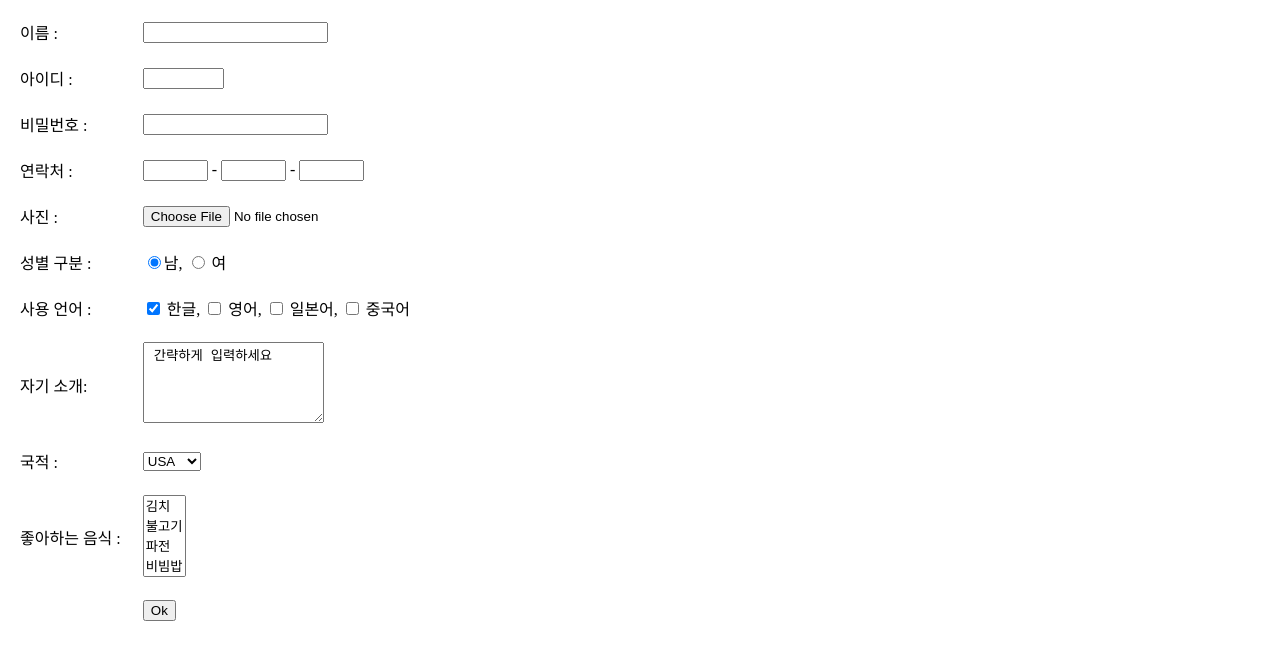
Repository: bjKim2/JSP
Page: HTML/src/main/webapp/Ex03.html
The author's editor kept a copy of each file at every save. The page is drawn from the files as they stood at one save, then again after the next save.
The browser window is 1280 px wide. The pictures show the whole page.

Above is the page before, as saved 2022-03-15 05:42:01.

### HTML/src/main/webapp/Ex03.html
<!DOCTYPE html>
<html>
<head>
<meta charset="UTF-8">
<title>Insert title here</title>
</head>
<body>
	<form action = '#' method='get'>
		<table cellpadding = '10'>
			<tr>
				<td>
					이름 :
				</td>
				<td>
					<input type="text" name = "userName"  >
				</td>
			</tr>
			<tr>
				<td>
					아이디 :
				</td>
				<td>
					 <input type="text" name = "userId"  size = '7'>
				</td>
			</tr>
			<tr>
				<td>
					비밀번호 :
				</td>
				<td>
					<input type="password" name="userPassword">
				</td>
			</tr>
			<tr>
				<td>
					연락처 :
				</td>
				<td>
					<input type="text" name = "phone1_1"  size = "5"> -
					<input type="text" name = "phone1_2"  size = "5"> -
					<input type="text" name = "phone1_3"  size = "5">
				</td>
			</tr>
			<tr>
				<td>
					사진 :
				</td>
				<td>
					<input type="file" name = "picture"> <br>
				</td>
			</tr>
			<tr>
				<td>
					성별 구분 :
				</td>
				<td>
					<input type="radio" name = "gender" value = "man" checked = "checked">남,
					<input type="radio" name="gender" value="woman"> 여
				</td>
			</tr>
			<tr>
				<td>
					사용 언어 :
				</td>
				<td>
					<input type="checkbox" name="lang" value="kor" checked="checked"> 한글,
					<input type="checkbox" name="lang" value="eng" > 영어,
					<input type="checkbox" name="lang" value="jpn" > 일본어,
					<input type="checkbox" name="lang" value="chn" > 중국어
				</td>
			</tr>
			<tr>
				<td>
					자기 소개:
				</td>
				<td>
					<textarea rows="5" cols="20" name="introduce"> 간략하게 입력하세요 </textarea>
				</td>
			</tr>
			<tr>
				<td>
					<!-- 데이터베이스는 varchar 말고 text 타입은 무한정 문자가 들어올수있다.  -->
					국적 :
				</td>
				<td>
					<select name="nationality">
						<option> Korea</option>
						<option selected="selected"> USA</option>
						<option> JP</option>
						<option> CH</option>
					</select>
				</td>
			</tr>
			<tr>
				<td>
					좋아하는 음식 :
				</td>
				<td>
					<select name="food" multiple="multiple">
						<option>김치</option>
						<option>불고기</option>
						<option>파전</option>
						<option>비빔밥</option>
						<option>냉면</option>
						<option>순대</option>

					</select><br>
				</td>
			</tr>
			<tr>
				<td>
				</td>
				<td>
					<input type="submit" name = "okBtn" value = "Ok">
				</td>

		</table>
	</form>
</body>

</body>
</html>

After the next save:
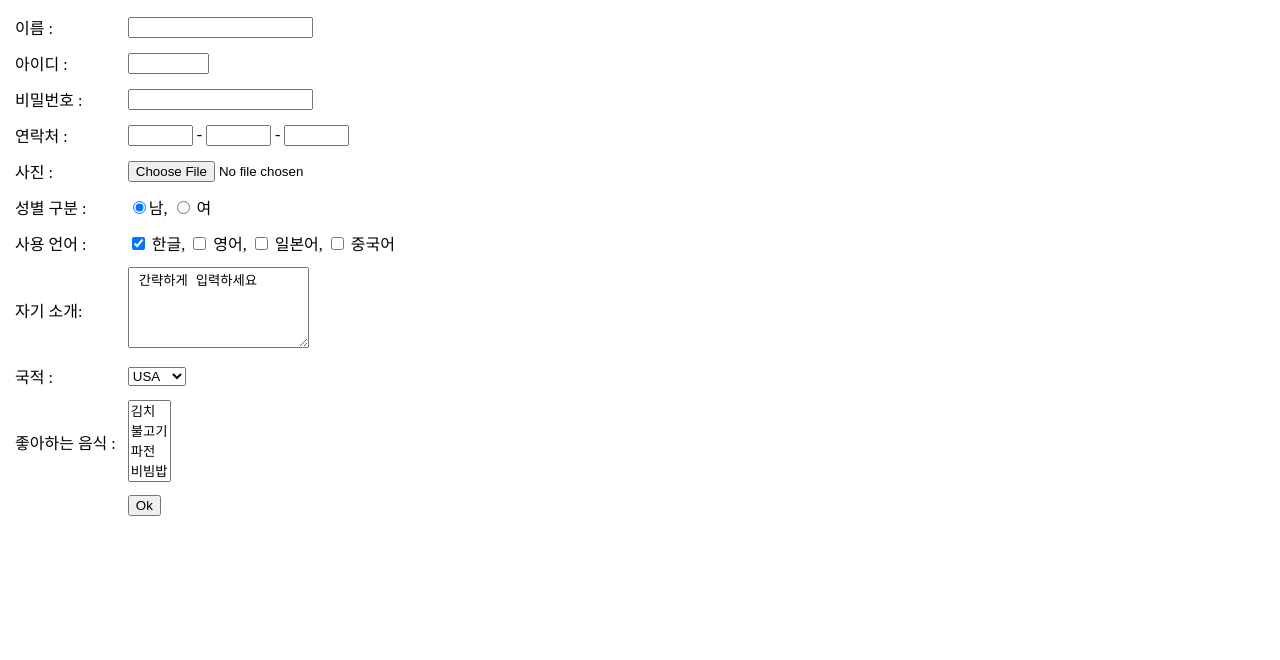
Saved 19 s later.
--- a/HTML/src/main/webapp/Ex03.html
+++ b/HTML/src/main/webapp/Ex03.html
@@ -6,7 +6,7 @@
 </head>
 <body>
 	<form action = '#' method='get'>
-		<table cellpadding = '10'>
+		<table cellpadding = '5'>
 			<tr>
 				<td>
 					이름 :
